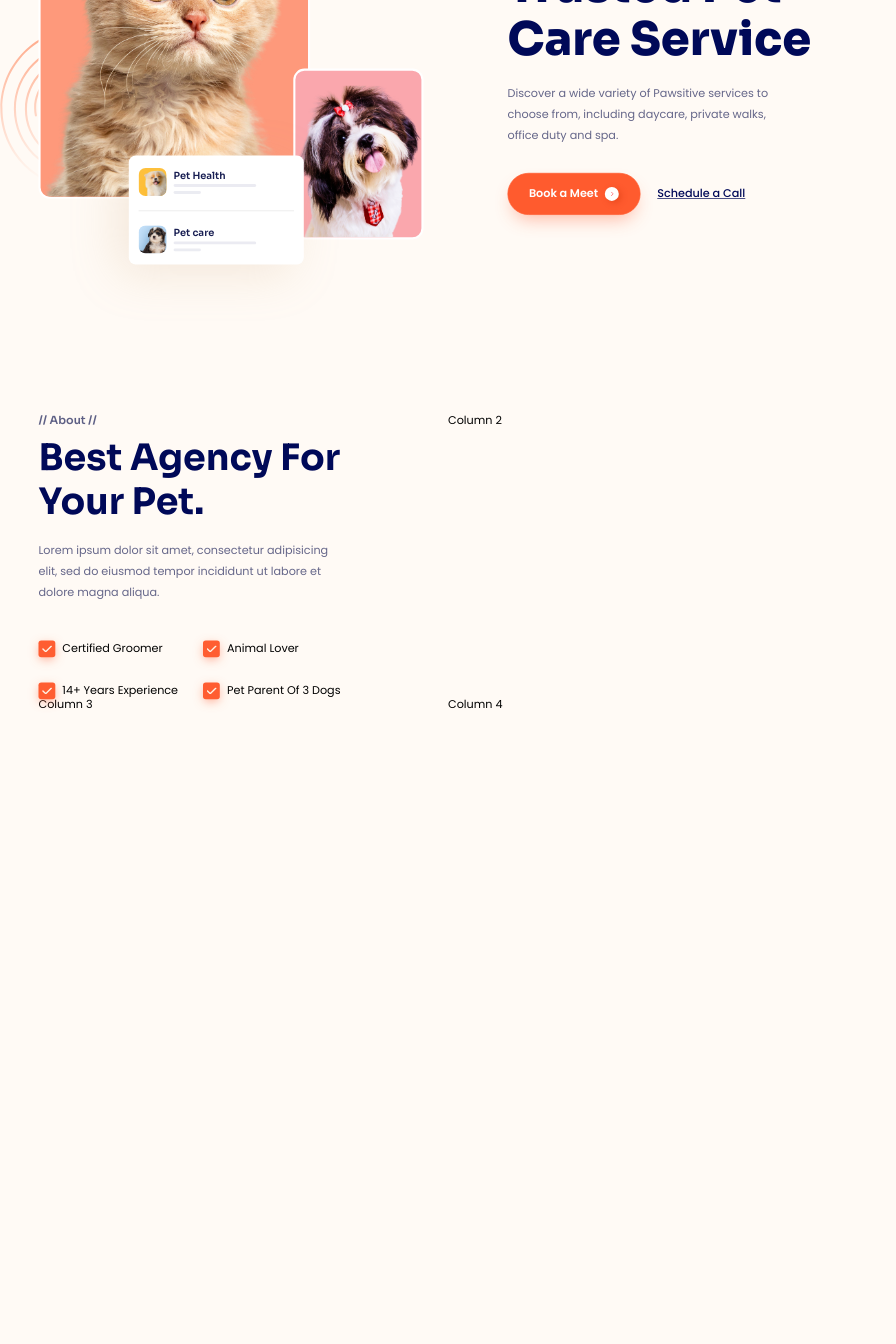
Repository: empty24062002/f8-project-05
Page: index.html
An editor plug-in stored every save of this project. The page is shown before and after the next save, followed by the edit.
The browser window is 1280 px wide. The pictures show the part of the page from y = 380 to 2300 px (the page is 10965 px tall), at 70% of full size.

Above is the page before, as saved 2023-09-11 09:48:42.

After the next save:
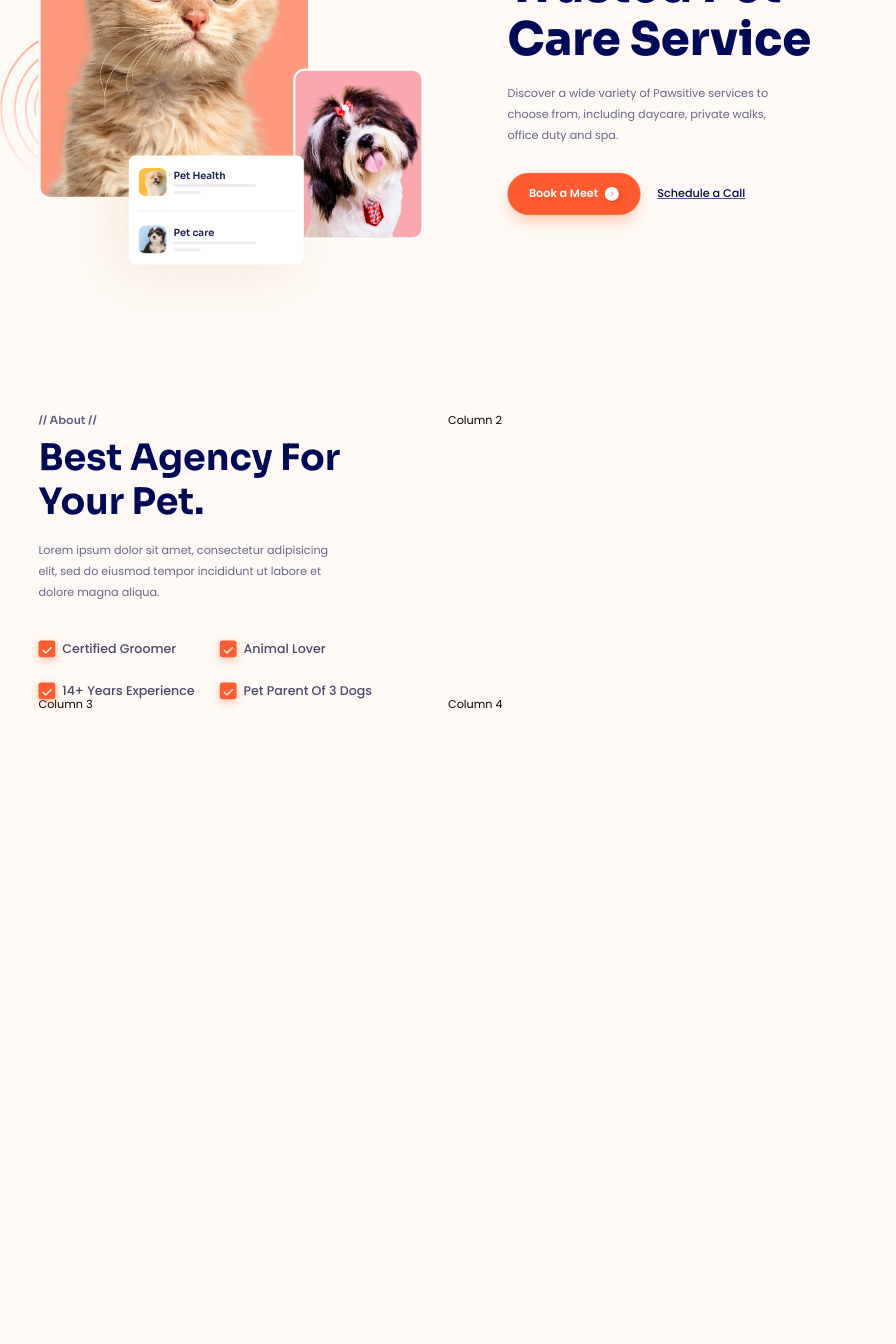
Saved 68 s later.
--- a/assets/css/styles.css
+++ b/assets/css/styles.css
@@ -332,6 +332,10 @@ a {
     display: flex;
     align-items: center;
     column-gap: 10px;
+    color: #48496a;
+    font-size: 1.8rem;
+    font-weight: 500;
+    line-height: 1;
 }
 
 .about__check-item::before {
